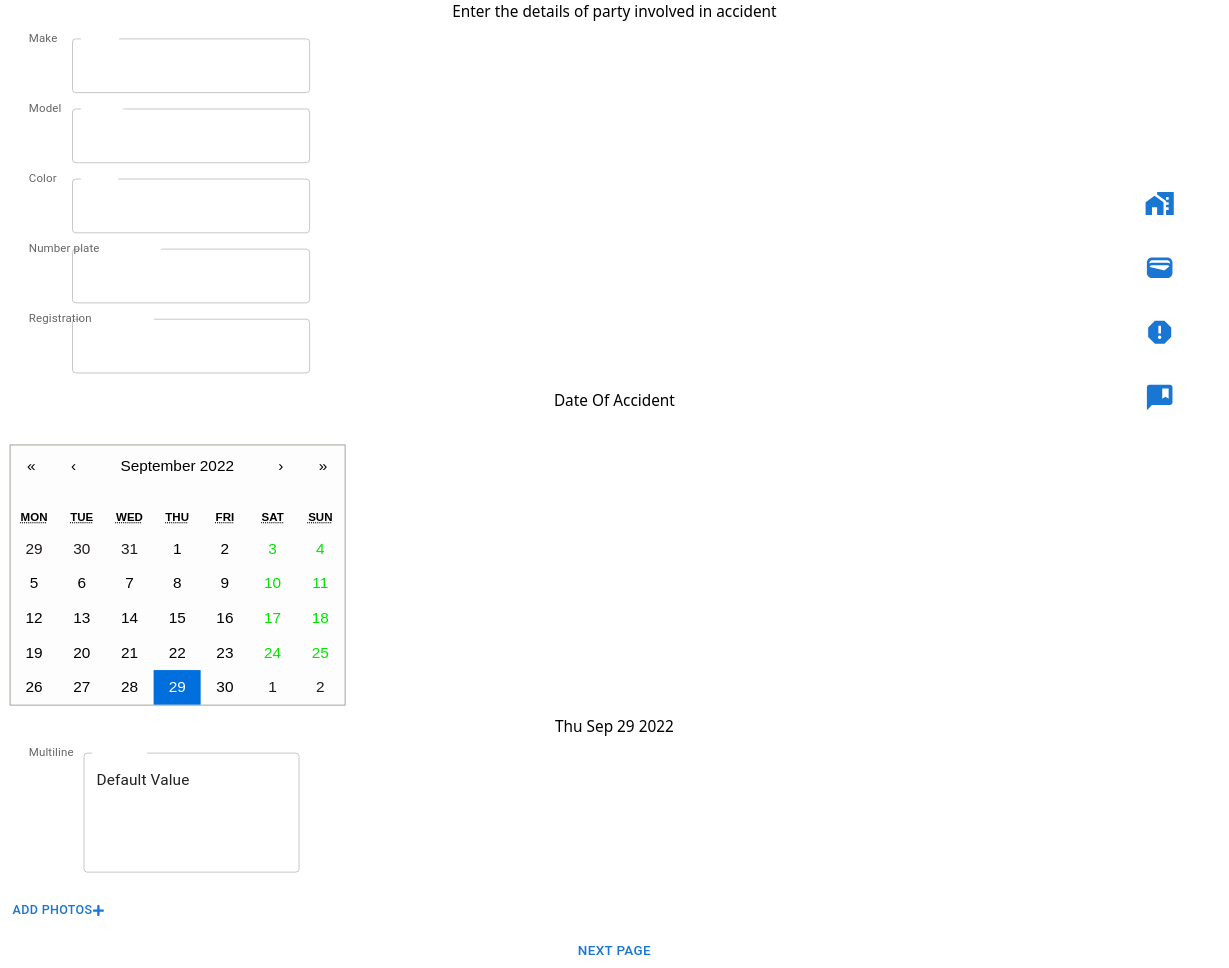
Repository: ALVIN-OBONYO/Xela-smart_insuarance
Page: /report (app in frontend/)
These files come from the project's save history. The page is drawn as it stood at one moment and after the next save; the edit follows.
The browser window is 1280 px wide. The pictures show the whole page, at 96% of full size.
The project was rebuilt for these pictures with package versions that can differ from the ones it lists, and the page was loaded fresh each time. Also part of the build but not shown: frontend/src/Services/TruncateAddress.js, frontend/src/Services/Contract.js, frontend/src/Services/transactions.js, frontend/src/Components/Cards.jsx, frontend/src/Pages/Entrypage.jsx, frontend/src/Services/LoginWithEth.js, frontend/src/Pages/Policies.jsx, frontend/src/Pages/ReportInfo.jsx.

Above is the page before, as saved 2022-10-08 08:19:58.

### frontend/public/index.html
<!DOCTYPE html>
<html lang="en">
  <head>
    <meta charset="utf-8" />
    <link rel="icon" href="%PUBLIC_URL%/favicon.ico" />
    <meta name="viewport" content="width=device-width, initial-scale=1" />
    <meta name="theme-color" content="#000000" />
    <meta
      name="description"
      content="Web site created using create-react-app"
    />
    <link rel="apple-touch-icon" href="%PUBLIC_URL%/logo192.png" />
    <!--
      manifest.json provides metadata used when your web app is installed on a
      user's mobile device or desktop. See https://developers.google.com/web/fundamentals/web-app-manifest/
    -->
    <link rel="manifest" href="%PUBLIC_URL%/manifest.json" />
    <!--
      Notice the use of %PUBLIC_URL% in the tags above.
      It will be replaced with the URL of the `public` folder during the build.
      Only files inside the `public` folder can be referenced from the HTML.

      Unlike "/favicon.ico" or "favicon.ico", "%PUBLIC_URL%/favicon.ico" will
      work correctly both with client-side routing and a non-root public URL.
      Learn how to configure a non-root public URL by running `npm run build`.
    -->
    <title>React App</title>
  </head>
  <body>
    <noscript>You need to enable JavaScript to run this app.</noscript>
    <link
    href="https://unpkg.com/tailwindcss@^1.0/dist/tailwind.min.css"
    rel="stylesheet"
  />
  <!-- <script src="https://cdn.jsdelivr.net/npm/web3@latest/dist/web3.min.js"></script> -->
  <script
    src="https://cdnjs.cloudflare.com/ajax/libs/web3/1.6.1/web3.min.js"
    integrity="sha512-5erpERW8MxcHDF7Xea9eBQPiRtxbse70pFcaHJuOhdEBQeAxGQjUwgJbuBDWve+xP/u5IoJbKjyJk50qCnMD7A=="
    crossorigin="anonymous"
    referrerpolicy="no-referrer"
  ></script>
    <div id="root"></div>
    <!--
      This HTML file is a template.
      If you open it directly in the browser, you will see an empty page.

      You can add webfonts, meta tags, or analytics to this file.
      The build step will place the bundled scripts into the <body> tag.

      To begin the development, run `npm start` or `yarn start`.
      To create a production bundle, use `npm run build` or `yarn build`.
    -->
  </body>
</html>

### frontend/src/index.js
import React from 'react';
import ReactDOM from 'react-dom/client';
import './index.css';
import App from './App';
import reportWebVitals from './reportWebVitals';
const root = ReactDOM.createRoot(document.getElementById('root'));
root.render(
  <React.StrictMode>

       <App />

  </React.StrictMode>
);

// If you want to start measuring performance in your app, pass a function
// to log results (for example: reportWebVitals(console.log))
// or send to an analytics endpoint. Learn more: https://bit.ly/CRA-vitals
reportWebVitals();

### frontend/src/App.jsx
import './App.css';
import RoutePages from './Components/RoutePages';

function App() {
  return (
    <div className="App">
      <RoutePages/>
    </div>
  );
}

export default App;

### frontend/src/Components/RoutePages.jsx
import React from 'react'
import { BrowserRouter, Routes, Route} from 'react-router-dom'
import EntryPage from '../Pages/Entrypage'
import PolicyMaker from '../Pages/Policies'
import ReportForm from '../Pages/ReportForm'
// import Report from '../Pages/Report'
import ReportInfo from '../Pages/ReportInfo'


const RoutePages = () => {
    return (
    <>
  <BrowserRouter>
   <Routes>

    <Route exact path="/" element={<EntryPage />} />
    <Route path="policy" element={<PolicyMaker />} />
    <Route path="report" element={<ReportForm />} />
    <Route path="details" element={<ReportInfo />} />

   </Routes>

  </BrowserRouter>
  {/* <MemoryRouter initialEntries={['/report']} initialIndex={1}>
          <Routes>
            <Route path="?page=2" element={<ReportInfo />} />
            <Route path="?page=3" element={<ReportForm />} />
            <Route path='*' element={<FormPagination/>} />
          </Routes>
       </MemoryRouter> */}
  </>
    )
}

export default RoutePages

### frontend/src/Pages/ReportForm.jsx
import VehicleForm from "../Components/Input";
import UploadPhotos from "../Components/Upload";
import { Button} from "@mui/material"
import { useNavigate } from "react-router-dom";
import Sidebar from "../Components/Sidebar"
const ReportForm = () => {
    const navigate = useNavigate()

    const Details = () => {
        navigate("/details")
    }
    return (
        <>
        <Sidebar />
        <VehicleForm />
        <UploadPhotos />
        <Button onClick={Details}>Next Page</Button>
        </>
    )
}

export default ReportForm

### frontend/src/Components/Navbar.css
nav {
    width: 100vw;
    display: flex;
    justify-content: flex-start;
    align-items: flex-start;
}

.brand {
    flex-grow: 1;
    text-align: start;
    padding-left: 2.9rem;
    margin-top: 0.4rem;
    font-size: 1.2rem;
}

.X {
    font-size: 2rem;

}
.nav-section {
    display: flex;
    flex-grow: 1;
    gap: 3em;
    font-size: 1.2rem;
    padding-right: 2em;
    justify-content: center;
    align-items: center;
    margin-top: 0.4rem;
}
.top-descr  {
    margin-top: 0;
    padding: 1em;
    text-align: justify;
    font-size: 1.6rem;
    min-height: 45vh;


}



#descr {
    margin-top: 0.5rem;
    padding: 1em;
    text-align: justify;
    font-size: 1.4rem;


}

#top > h1 {
    font-size: 2.2rem;
    font-weight: 700;
    color: rgba(255, 255, 255, 0.952);
    margin-bottom: 0.4em;

}
header {
    background: rgb(2,0,36);
background: radial-gradient(circle, rgba(2,0,36,1) 0%, rgba(1,0,5,1) 20%, rgba(0,0,0,1) 35%, rgba(0,15,19,1) 64%, rgba(0,0,0,1) 100%);
    color: rgb(248, 248, 248);
}


.chainbox {
    display: none;
}
#top-pg {

    font-size: 1.2rem;
    margin-bottom: 0.9rem;
}
#policy-sec {
    display: flex;
    flex-direction: row;
    flex-wrap: wrap;
    gap: 0.8em;

}
input[type=text] {
    flex-grow: 1;
    height: 2.5em;
}
#btn-policy {
    background-color: rgb(0, 39, 90);
    flex-grow: 1;
    color: wheat;
    border: none;
    margin-top: 0.8em;
    border-radius: 5px;
    padding: 0.6rem;
    font-size: 1.4rem;
    font-weight: 500;

}
#buy-policy {
    width: 70vw;
    height: 2.5em;
    border: none;
    background-color: #008000;
    color:aliceblue;
    font-size: 0.9rem;
    border-radius: 15px;
}
#social-icons {
    display: flex;
    gap: 2em;

}
#land-footer {
    background: rgb(2,0,36);
    background: radial-gradient(circle, rgba(2,0,36,1) 0%, rgba(1,0,5,1) 20%, rgba(0,0,0,1) 35%, rgba(0,15,19,1) 64%, rgba(0,0,0,1) 100%);
    color: rgb(248, 248, 248);
    position: relative;
    padding: 1.2em  0.9em;
    font-size: 1.4rem;
    /* display: flex;
    justify-content: center;
    align-items: center; */
}

.news-mail {
    display: flex;
    background-color: rgb(220, 230, 255);
    color: rgb(0, 0, 0);
    flex-direction: row;
    flex-wrap: wrap;
    padding: 2em;
    max-width: 70vw;
    border-radius: 2em;
    margin: auto;

}

.news-mail > h2 {
    flex-grow: 1;
    font-size: 2rem;
}

.footer-service {
    display: flex;
    flex-direction: row;
    flex-wrap: wrap;
    gap: 2em;
    text-align: justify;
}

.footer-sect {
    font-size: 2rem;
    color:rgba(184, 184, 184, 0.918);
    flex-grow: 1;
}

.sect-bottom {
    margin-top: 1.3rem;
    font-size: 1.4rem;
    color:rgb(220, 230, 255)
}
.navflex {
    display: flex;
    flex-direction: column;
    justify-content: center;
    align-items: center;
    gap: 2em;
    background-color: rgba(19, 20, 27, 0.918);
    color: white;
    width: 100vw;
    height: 100vh;
    right: 0;
    top: 0;
    position: absolute;
    text-transform: uppercase;
    /* animation-name: ${navanim}; */
}

.nav-wallet {
    width: 50vw;
    height: 50vh;
    font-size: 1.6rem;
    background-color: black;
    color: white;
}

.my-wallet {
    display: flex;
    flex-direction: column;
    gap: 2em;
}

.messsage {
    position: absolute;
    top: 50%;
    left: 50%;
    width: 50vw;
    height: 50vh;
    border-radius: 50%;
    background: rgb(2,0,36);
    background: radial-gradient(circle, rgba(2,0,36,1) 0%, rgba(1,0,5,1) 20%, rgba(0,0,0,1) 35%, rgba(0,15,19,1) 64%, rgba(0,0,0,1) 100%);
    color: rgb(248, 248, 248);
    z-index: 30;
}
@media screen and (max-width: 600px){
   .nav-section {

      display: none;
   }

   .footer-service {
    flex-direction: column;
    justify-content: center;
    align-items: center;
    text-align: center;
   }

   #social-icons {
    align-items: center;
    justify-content: center;
   }
}

@media screen and (min-width: 600px){
    .toogleNav {
        display: none;
        padding: 1.3em;
    }

    .imageBox {
        display: flex;
        width: 30vw;
        height: 40vh;

        margin-right: 0.7em;
    }

    .imageBox > img{
        width: 100%;
        height: 100%;
        justify-content: flex-end;
        align-items: flex-end;
        border-radius: 100%;

    }
     .top-header {
        display: flex;
     }
    .chainbox > img {
        width: 100%;
        height: 100%;
    }
    .chainbox {
        display: flex;
        width: 40vw;
        height: 30vh;
        flex-basis: 1;
    }

    #descr {
        margin-top: 0.5rem;
        padding: 1em;
        text-align: justify;
        font-size: 1.4rem;
        max-width: 60vw;

    }
}

### frontend/src/Components/Sidebar.js
import AddHomeWorkIcon from '@mui/icons-material/HomeWork'
import WalletIcon from '@mui/icons-material/Wallet';
import ReportIcon from '@mui/icons-material/Report';
import { List, ListItemIcon, Box, Tooltip, ListItem, ListItemButton } from '@mui/material'
import CommentBankIcon from '@mui/icons-material/CommentBank';
import { useNavigate} from 'react-router-dom'
import { getAddress} from '../Services/LoginWithEth';

const Sidebar = () => {
    const navigate = useNavigate()
    return (
        <Box sx={{width: '5vw', position: "absolute", right: 40, top: "25%"}}>
            <List component="nav" sx={{position: "relative", display: "flex", flexDirection: "column", width: "100%", gap: "1.2em"}}>
                <Tooltip title="home" placement="left">
                <ListItem disablePadding>
                    <ListItemButton>
                    <ListItemIcon sx={{width: "2em", height: "2em"}}>
                       <AddHomeWorkIcon color="primary" sx={{fontSize: "2em"}}/>
                    </ListItemIcon>
                    </ListItemButton>
                </ListItem>
                </Tooltip>
                <Tooltip title="wallet" placement="left" >
                <ListItem disablePadding>
                    <ListItemButton disablePadding onClick={getAddress}>
                    <ListItemIcon sx={{width: "2em", height: "2em"}} >
                       <WalletIcon color="primary" sx={{fontSize: "2em"}} />
                    </ListItemIcon>
                    </ListItemButton>
                </ListItem>
                </Tooltip>
                <Tooltip title="new report" placement="left">
                <ListItem disablePadding>
                    <ListItemButton onClick={() =>
                        navigate("/report")

                    }>
                    <ListItemIcon sx={{width: "2em", height: "2em"}}>
                       <ReportIcon color="primary" sx={{fontSize: "2em"}} />
                    </ListItemIcon>
                    </ListItemButton>
                </ListItem>
                </Tooltip>
                <Tooltip title="claims"  placement="left">
                <ListItem disablePadding>
                    <ListItemButton >
                    <ListItemIcon sx={{width: "2em", height: "2em"}}>
                       <CommentBankIcon color="primary" sx={{fontSize: "2em"}}/>
                     </ListItemIcon>
                     </ListItemButton>
                </ListItem>
                </Tooltip>
                </List>
        </Box>
    )
}

export default Sidebar

### frontend/src/Components/Input.js
//import {useRef} from 'react'
import Box from '@mui/material/Box'
import TextField from '@mui/material/TextField'
import MyCalendar from './Calendar.jsx'
import Button from '@mui/material/Button'
export default function VehicleForm () {
  // const makeRef = useRef()
  // const modelRef = useRef()
  // const colorRef = useRef()
  // const plateRef = useRef()
  // const regRef = useRef()
    return (
        <Box
          component="form"
          sx={{
            '& .MuiTextField-root': {m: 2, width: '40ch', display: "flex", flexDirection: "column", justifyContent: "center", alignItems: "center"}
         }}
          noValidate
          autoComplete='off'

          >

            <div>
                <h4>Enter the details of party involved in accident</h4>
            <TextField
          id="outlined-size-small"
          label="Make"
          type="text"
          size="small"

          InputLabelProps={{
            shrink: true,

          }}
        />
        <TextField
          id="outlined-size-small"
          label="Model"
          type="text"
          size="small"
          InputLabelProps={{
            shrink: true,
          }}
        />
        <TextField
          id="outlined-size-small"
          label="Color"
          type="text"
          size="small"
          InputLabelProps={{
            shrink: true,
          }}
        />
        <TextField
          id="outlined-size-small"
          label="Number plate"
          type="text"
          size="small"
          InputLabelProps={{
            shrink: true,
          }}
        />
         <TextField
          id="outlined-size-small"
          label="Registration"
          type="text"
          size="small"
          InputLabelProps={{
            shrink: true,
          }}
        />
        <MyCalendar />
        <TextField
          id="outlined-multiline-static"
          label="Multiline"
          multiline
          rows={4}
          defaultValue="Default Value"
        />
            </div>
          </Box>
    )
}

export const DetailsForm = () => {
    return (
        <>
        <Box
        component="form"
        sx={{
          '& .MuiTextField-root': {m: 2, width: '40ch'}
        }}
        noValidate
        autoComplete='off'

        >

          <div>
              <h4>Police Officer Details</h4>
          <TextField
        id="outlined-size-small"
        label="Name"
        type="text"
        size="small"

        InputLabelProps={{
          shrink: true,

        }}
      />
      <TextField
        id="outlined-size-small"
        label="Badge Number"
        type="text"
        size="small"
        InputLabelProps={{
          shrink: true,
        }}
      />

          </div>
          <div>
          <h4>Involved Party Details</h4>
      <TextField
    id="outlined-size-small"
    label="Name"
    type="text"
    size="small"

    InputLabelProps={{
      shrink: true,

    }}
  />
  <TextField
    id="outlined-size-small"
    label="Insurer"
    type="text"
    size="small"
    InputLabelProps={{
      shrink: true,
    }}
  />
  <TextField
    id="outlined-size-small"
    label="Policy Number"
    type="text"
    size="small"
    InputLabelProps={{
      shrink: true,
    }}
  />

<TextField
    id="outlined-size-small"
    label="Phone Number"
    type="text"
    size="small"
    InputLabelProps={{
      shrink: true,
    }}
  />

      </div>
      <div>
      <h4>Witnesses(Optional)</h4>
  <TextField
id="outlined-size-small"
label="Name"
type="text"
size="small"

InputLabelProps={{
  shrink: true,

}}
/>
<TextField
id="outlined-size-small"
label="Phone Number"
type="text"
size="small"
InputLabelProps={{
  shrink: true,
}}
/>
<Button>Add Witness</Button>
  </div>
        </Box>
        </>
    )
}

### frontend/src/Components/Upload.js
import { FaPlus} from 'react-icons/fa'
import React, {useState, useRef} from 'react'

import {CardActions, Card, Box, Button } from '@mui/material'

import { BsFillCameraFill} from 'react-icons/bs'

import './Upload.css'
const UploadPhotos = () => {

    const [counter, setCounter] = useState(0)
    const imageRef = useRef(null)

    const renderPhotos = () => {
        setCounter(counter + 1)
    }


    const photoList = () => {
        const rowList = []
        for (let i = 0; i < counter; i++){
            rowList.push(`add photo`)
        }
        return (
            <>
            {rowList && rowList.map((e)=> {
                return (
                    <div className="ImageContainer">

                       <img src="" className="Image" alt='' ref={imageRef} />
                       <label htmlFor='inputFile'>
                        <BsFillCameraFill color='black' size="3em"/>
                            <input type="file" className="file-name" id="inputFile" onChange={addPhotoCard} accept="image/*"/>
                       </label>
                    </div>
                )
            })}
            </>
        )
        }
    const addPhotoCard = (event) => {
        let reader = new FileReader()
        reader.onload = function(){
            let output = imageRef.current
            output.src = reader.result;
        }
       if(event.target.files[0]){
        reader.readAsDataURL(event.target.files[0])
       }

    }
    return (
        <div>

        <CardActions>
        <Button size="small" onClick={renderPhotos}>add photos <FaPlus /></Button>
        </CardActions>
        <Box sx={{width: 400}}>
        <Card>{photoList()}</Card>
        </Box>
        </div>

    )
}

export default UploadPhotos

### frontend/src/Components/Calendar.jsx
import Calendar from 'react-calendar'
import React, {useState} from 'react'
import './Calendar.css'

const MyCalendar = () => {
    const [calendarDate, setCalendarDate] = useState(new Date())

    const changeDate = (calendarDate) => {
         setCalendarDate(calendarDate)
    }
    return (
        <div>
           <h3>Date Of Accident</h3><br/>
           <Calendar onChange={changeDate} value={calendarDate} />
           <h4>{calendarDate.toDateString()}</h4>

        </div>
    )
}

export default MyCalendar

### frontend/src/Components/Upload.css
.ImageContainer {
    width: 15em;
        height: 15em;
        background-color: #313131f3;

        display: flex;
        flex-direction: column;
        justify-content: center;
        align-items:center;
        position: relative;
        margin-bottom: 0.3em;
}

input[type=file] {
    display: none
}

label {
    cursor: pointer;
    position: absolute;
    bottom: 0;
    left: 0;
}

.Image {
    width: 100%;
    height: 100%;
}

### frontend/src/Components/Calendar.css
.react-calendar {
    width: 350px;
    max-width: 100%;
    background: rgb(253, 253, 253);

    border: 1px solid #a0a096;
    font-family: Arial, Helvetica, sans-serif;
    line-height: 1.125em;
    position: relative;
    margin: 0.6em;

  }
  .react-calendar--doubleView {
    width: 700px;
  }
  .react-calendar--doubleView .react-calendar__viewContainer {
    display: flex;
    margin: -0.5em;
  }
  .react-calendar--doubleView .react-calendar__viewContainer > * {
    width: 50%;
    margin: 0.5em;
  }
  .react-calendar,
  .react-calendar *,
  .react-calendar *:before,
  .react-calendar *:after {
    -moz-box-sizing: border-box;
    -webkit-box-sizing: border-box;
    box-sizing: border-box;
  }
  .react-calendar button {
    margin: 0;
    border: 0;
    outline: none;
  }
  .react-calendar button:enabled:hover {
    cursor: pointer;
  }
  .react-calendar__navigation {
    display: flex;
    height: 44px;
    margin-bottom: 1em;
  }
  .react-calendar__navigation button {
    min-width: 44px;
    background: none;
  }
  .react-calendar__navigation button:disabled {
    background-color: #f0f0f0;
  }
  .react-calendar__navigation button:enabled:hover,
  .react-calendar__navigation button:enabled:focus {
    background-color: #e6e6e6;
  }
  .react-calendar__month-view__weekdays {
    text-align: center;
    text-transform: uppercase;
    font-weight: bold;
    font-size: 0.75em;
  }
  .react-calendar__month-view__weekdays__weekday {
    padding: 0.5em;
  }
  .react-calendar__month-view__weekNumbers .react-calendar__tile {
    display: flex;
    align-items: center;
    justify-content: center;
    font-size: 0.75em;
    font-weight: bold;
  }
  .react-calendar__month-view__days__day--weekend {
    color: #00e400;
  }
  .react-calendar__month-view__days__day--neighboringMonth {
    color: #201a1a;
  }
  .react-calendar__year-view .react-calendar__tile,
  .react-calendar__decade-view .react-calendar__tile,
  .react-calendar__century-view .react-calendar__tile {
    padding: 2em 0.5em;
  }
  .react-calendar__tile {
    max-width: 100%;
    padding: 10px 6.6667px;
    background: none;
    text-align: center;
    line-height: 16px;
  }
  .react-calendar__tile:disabled {
    background-color: #f0f0f0;
  }
  .react-calendar__tile:enabled:hover,
  .react-calendar__tile:enabled:focus {
    background-color: #e6e6e6;
  }
  .react-calendar__tile--now {
    background: #ffff76;
  }
  .react-calendar__tile--now:enabled:hover,
  .react-calendar__tile--now:enabled:focus {
    background: #ffffa9;
  }
  .react-calendar__tile--hasActive {
    background: #07c550;
  }
  .react-calendar__tile--hasActive:enabled:hover,
  .react-calendar__tile--hasActive:enabled:focus {
    background: #a9d4ff;
  }
  .react-calendar__tile--active {
    background: #006edc;
    color: white;
  }
  .react-calendar__tile--active:enabled:hover,
  .react-calendar__tile--active:enabled:focus {
    background: #1087ff;
  }
  .react-calendar--selectRange .react-calendar__tile--hover {
    background-color: #e6e6e6;
  }

Loaded but not shown: frontend/src/index.css (common file); frontend/src/reportWebVitals.js (common file); frontend/src/App.css (common file)

After the next save:
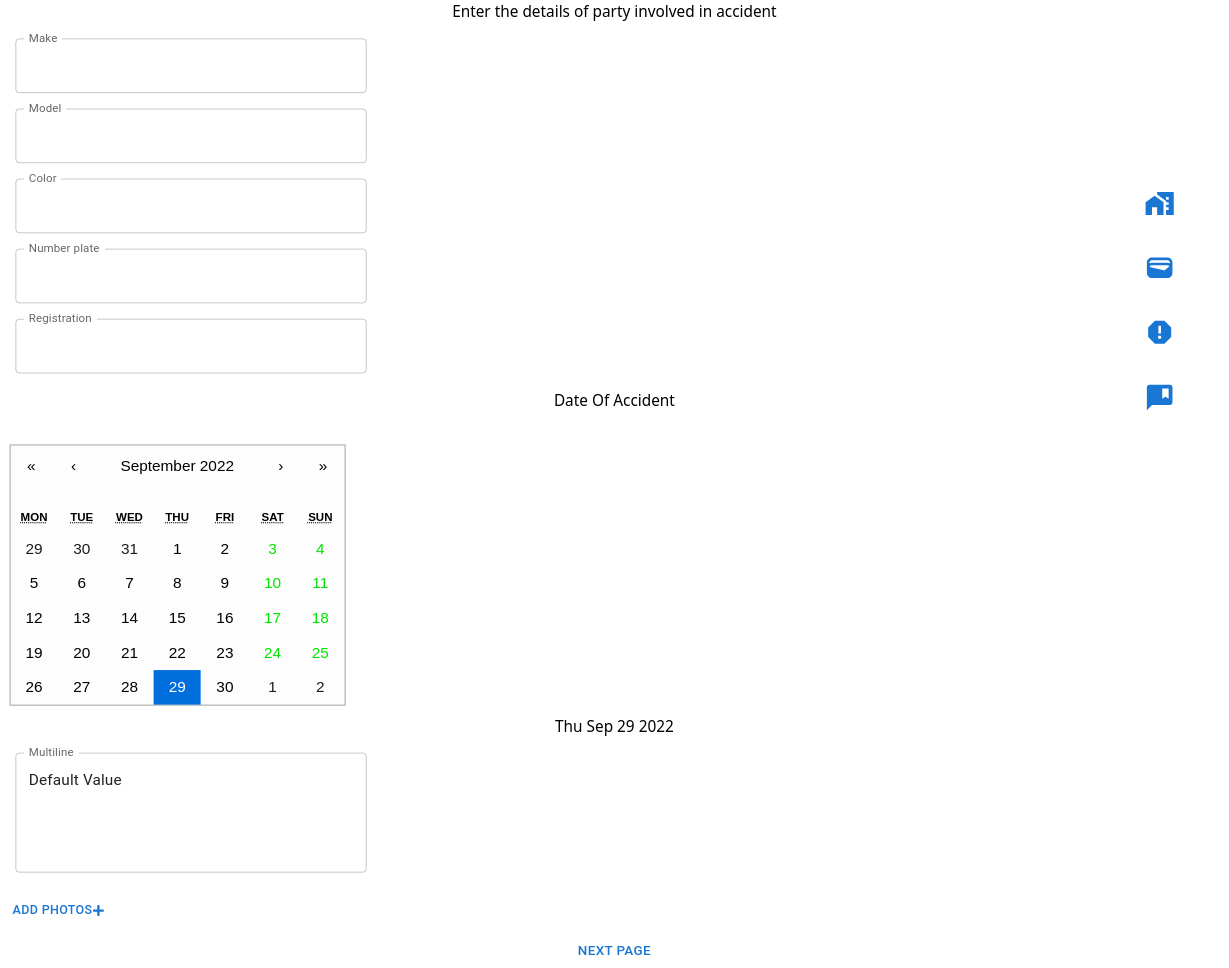
Saved 53 s later.
--- a/frontend/src/Components/Input.js
+++ b/frontend/src/Components/Input.js
@@ -13,7 +13,7 @@ export default function VehicleForm () {
         <Box
           component="form"
           sx={{
-            '& .MuiTextField-root': {m: 2, width: '40ch', display: "flex", flexDirection: "column", justifyContent: "center", alignItems: "center"}
+            '& .MuiTextField-root': {m: 2, width: '40ch', display: "flex", flexDirection: "column"}
          }}
           noValidate
           autoComplete='off'
